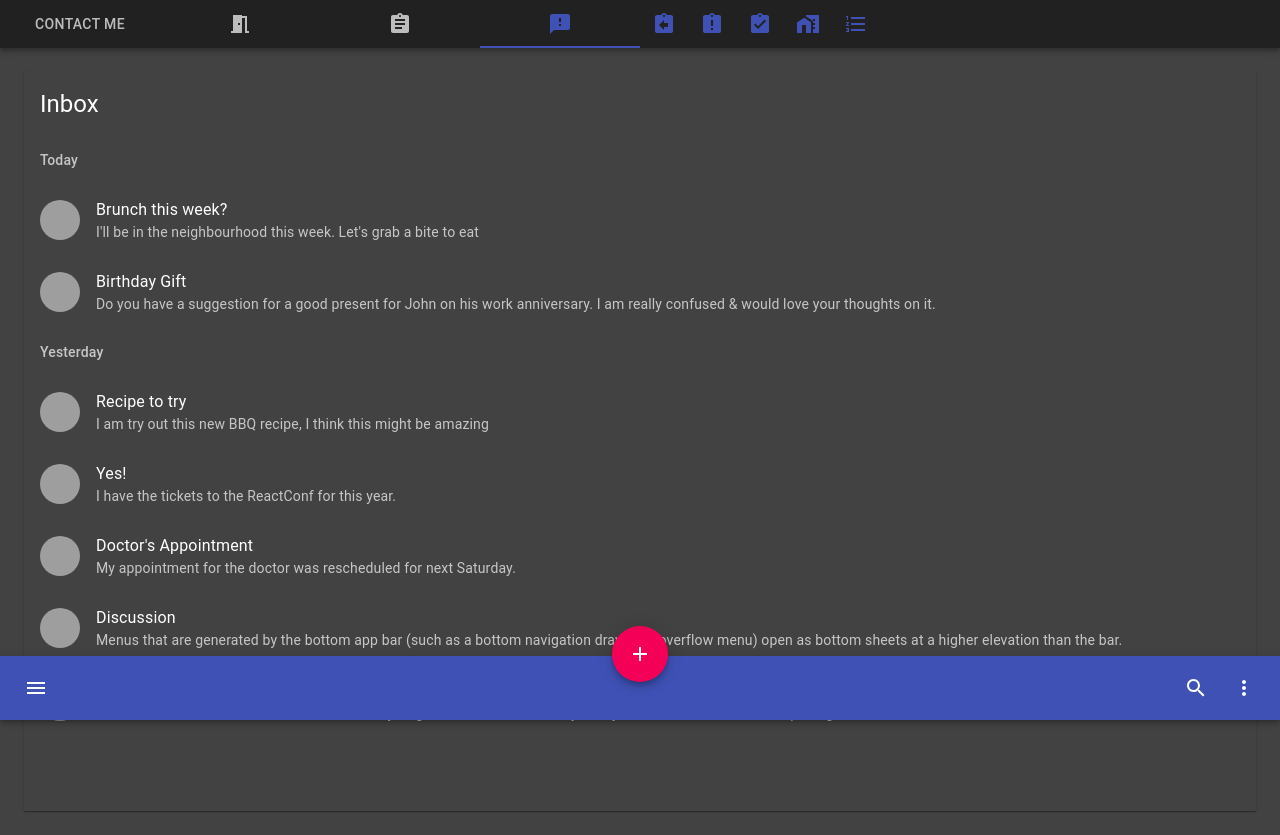
Repository: hossamsulleman1/CONTACTME
Page: / (app in my-app/), after clicking the first element matching `#scrollable-auto-tab-3`
The author's editor kept a copy of each file at every save. The page is drawn from the files as they stood at one save, then again after the next save.
The browser window is 1280 px wide. The pictures show the whole page.
Pictures or frames that could not be fetched are drawn as grey boxes. The project was rebuilt for these pictures with package versions that can differ from the ones it lists, and the page was loaded fresh each time. Also part of the build but not shown: my-app/src/Components/ProfileFolder/FriendsAvatarList.jsx, my-app/src/Components/ProfileFolder/Content.jsx, my-app/src/Components/Preview.jsx.

Above is the page before, as saved 2020-11-09 11:12:34.

### my-app/src/App.js
import "./App.css";
import IconNav from "./Components/IconNav";
import { createMuiTheme, ThemeProvider } from "@material-ui/core/styles";

const theme = createMuiTheme({
  palette: {
    type: "dark",
  },
});

function App() {
  return (
    <ThemeProvider theme={theme}>
      <IconNav></IconNav>
    </ThemeProvider>
  );
}

export default App;

### my-app/src/App.css
.App {
  text-align: center;
}

.floatRight {
  float: right;
}

.flexbox {
 display: flex;
}

.App-logo {
  height: 40vmin;
  pointer-events: none;
}

@media (prefers-reduced-motion: no-preference) {
  .App-logo {
    animation: App-logo-spin infinite 20s linear;
  }
}

.App-header {
  background-color: #282c34;
  min-height: 100vh;
  display: flex;
  flex-direction: column;
  align-items: center;
  justify-content: center;
  font-size: calc(10px + 2vmin);
  color: white;
}

.App-link {
  color: #61dafb;
}

@keyframes App-logo-spin {
  from {
    transform: rotate(0deg);
  }
  to {
    transform: rotate(360deg);
  }
}

### my-app/src/Components/IconNav.jsx
import React from "react";
import PropTypes from "prop-types";
import { makeStyles } from "@material-ui/core/styles";
import AppBar from "@material-ui/core/AppBar";
import Tabs from "@material-ui/core/Tabs";
import Tab from "@material-ui/core/Tab";
import Typography from "@material-ui/core/Typography";
import Box from "@material-ui/core/Box";
import PhoneIcon from "@material-ui/icons/Phone";
import PageProp from "./PageProp";
import Button from "@material-ui/core/Button";
import Content from "./ProfileFolder/Content";
import MeetingRoomIcon from "@material-ui/icons/MeetingRoom";
import HomeWorkIcon from "@material-ui/icons/HomeWork";
import IconButton from "@material-ui/core/IconButton";
import "../App.css";
import Preview from "./Preview";
import FormatListNumberedIcon from "@material-ui/icons/FormatListNumbered";
import AssignmentTurnedInIcon from "@material-ui/icons/AssignmentTurnedIn";
import AssignmentReturnIcon from "@material-ui/icons/AssignmentReturn";
import AssignmentLateIcon from "@material-ui/icons/AssignmentLate";
import AssignmentIcon from "@material-ui/icons/Assignment";
import BottomNav from "./BottomNav";
import SmsFailedIcon from "@material-ui/icons/SmsFailed";

function TabPanel(props) {
  const { children, value, index, ...other } = props;

  return (
    <div
      role="tabpanel"
      hidden={value !== index}
      id={`scrollable-auto-tabpanel-${index}`}
      aria-labelledby={`scrollable-auto-tab-${index}`}
      {...other}
    >
      {value === index && (
        <Box p={3}>
          <Typography>{children}</Typography>
        </Box>
      )}
    </div>
  );
}

TabPanel.propTypes = {
  children: PropTypes.node,
  index: PropTypes.any.isRequired,
  value: PropTypes.any.isRequired,
};

function a11yProps(index) {
  return {
    id: `scrollable-auto-tab-${index}`,
    "aria-controls": `scrollable-auto-tabpanel-${index}`,
  };
}

const useStyles = makeStyles((theme) => ({
  root: {
    flexGrow: 1,
    width: "100%",
    backgroundColor: theme.palette.background.paper,
  },
}));

export default function IconNav() {
  const classes = useStyles();
  const [value, setValue] = React.useState(0);

  const handleChange = (event, newValue) => {
    setValue(newValue);
  };

  return (
    <div className={classes.root}>
      <AppBar position="static" color="default">
        <Tabs
          value={value}
          onChange={handleChange}
          indicatorColor="primary"
          textColor="primary"
          variant="scrollable"
          scrollButtons="auto"
          aria-label="scrollable auto tabs example"
        >
          {/* <div className="floatRight">
            <IconButton
              aria-label="delete"
              href="https://semptiareact.web.app/"
            >
              <HomeWorkIcon></HomeWorkIcon>
            </IconButton>
          </div> */}
          {/* <Tab icon={<PhoneIcon />} label="ME" {...a11yProps(0)} />
          <Tab icon={<PhoneIcon />} label="Linked In" {...a11yProps(1)} /> */}
          {/* <Tab label="Facebook" {...a11yProps(2)} />
          <Tab label="Instagram" {...a11yProps(3)} />
          <Tab label="Snapchat" {...a11yProps(4)} /> */}
          <Tab label="CONTACT ME" {...a11yProps(0)} />
          <Tab icon={<MeetingRoomIcon />} {...a11yProps(1)} />
          <Tab icon={<AssignmentIcon />} {...a11yProps(2)} />
          <Tab icon={<SmsFailedIcon />} {...a11yProps(3)} />

          <div className="flexbox">
            <div className="floatRight">
              <IconButton
                color="primary"
                aria-label="delete"
                href="https://semptiareact.web.app/"
              >
                <AssignmentReturnIcon />
                {/* GOES TO SEMPTIA TASK TRACKING PAGE  */}
              </IconButton>
            </div>
            <div className="floatRight">
              <IconButton
                color="primary"
                aria-label="delete"
                href="https://semptiareact.web.app/"
              >
                <AssignmentLateIcon />
                {/* GOES TO SEMPTIA TASK TRACKING PAGE  */}
              </IconButton>
            </div>
            <div className="floatRight">
              <IconButton
                color="primary"
                aria-label="delete"
                href="https://semptiareact.web.app/"
              >
                <AssignmentTurnedInIcon />
                {/* GOES TO SEMPTIA TASK TRACKING PAGE  */}
              </IconButton>
            </div>
            {/* these buttons can find info on task complete a task ect as a snackbar notif  */}
            <div className="floatRight">
              <IconButton
                color="primary"
                aria-label="delete"
                href="https://semptiareact.web.app/"
              >
                <HomeWorkIcon></HomeWorkIcon>
              </IconButton>
            </div>
            <div className="floatRight">
              <IconButton
                color="primary"
                aria-label="delete"
                href="https://semptiareact.web.app/"
              >
                <FormatListNumberedIcon></FormatListNumberedIcon>
                {/* GOES TO SEMPTIA TASK TRACKING PAGE  */}
              </IconButton>
            </div>
          </div>
        </Tabs>
      </AppBar>
      {/* <TabPanel value={value} index={0}>
        <Preview></Preview>
      </TabPanel>
      <TabPanel value={value} index={1}>
        <PageProp name="Linked In"></PageProp>
      </TabPanel>
      <TabPanel value={value} index={2}>
        <PageProp name="Facebook"></PageProp>
      </TabPanel>
      <TabPanel value={value} index={3}>
        <PageProp name="Instagram"></PageProp>
      </TabPanel> */}



      <TabPanel value={value} index={0}>
        <PageProp name="Instagram"></PageProp>
      </TabPanel>

      <TabPanel value={value} index={1}>
        Item Five
      </TabPanel>
      <TabPanel value={value} index={3}>
        <BottomNav></BottomNav>
        {/* bottom nav buttons for task complete ect then template for history on completes */}
      </TabPanel>
      <TabPanel value={value} index={2}>
        {/* make this just a icon thing and have it have a load screen sucess load and this unlocks door and shows stats about door ect not a tab  */}
        <p>TASKS </p>

        <p>
          current task is

        </p>

<Button>SKIP TASK</Button>
<Button>COMPLETE TASK </Button>
<Button>UNDO TASK</Button>

      </TabPanel>
    </div>
  );
}

### my-app/src/Components/PageProp.jsx
import React from 'react'
import Button from '@material-ui/core/Button';


function PageProp(props) {


    return (
<div>
    <Button>
        ADD {props.name}
    </Button>
</div>
    )
}

export default PageProp;

### my-app/src/Components/BottomNav.jsx
import React from 'react';
import { makeStyles } from '@material-ui/core/styles';
import AppBar from '@material-ui/core/AppBar';
import CssBaseline from '@material-ui/core/CssBaseline';
import Toolbar from '@material-ui/core/Toolbar';
import Typography from '@material-ui/core/Typography';
import IconButton from '@material-ui/core/IconButton';
import Paper from '@material-ui/core/Paper';
import Fab from '@material-ui/core/Fab';
import List from '@material-ui/core/List';
import ListItem from '@material-ui/core/ListItem';
import ListItemAvatar from '@material-ui/core/ListItemAvatar';
import ListItemText from '@material-ui/core/ListItemText';
import ListSubheader from '@material-ui/core/ListSubheader';
import Avatar from '@material-ui/core/Avatar';
import MenuIcon from '@material-ui/icons/Menu';
import AddIcon from '@material-ui/icons/Add';
import SearchIcon from '@material-ui/icons/Search';
import MoreIcon from '@material-ui/icons/MoreVert';

const messages = [
  {
    id: 1,
    primary: 'Brunch this week?',
    secondary: "I'll be in the neighbourhood this week. Let's grab a bite to eat",
    person: '/static/images/avatar/5.jpg',
  },
  {
    id: 2,
    primary: 'Birthday Gift',
    secondary: `Do you have a suggestion for a good present for John on his work
      anniversary. I am really confused & would love your thoughts on it.`,
    person: '/static/images/avatar/1.jpg',
  },
  {
    id: 3,
    primary: 'Recipe to try',
    secondary: 'I am try out this new BBQ recipe, I think this might be amazing',
    person: '/static/images/avatar/2.jpg',
  },
  {
    id: 4,
    primary: 'Yes!',
    secondary: 'I have the tickets to the ReactConf for this year.',
    person: '/static/images/avatar/3.jpg',
  },
  {
    id: 5,
    primary: "Doctor's Appointment",
    secondary: 'My appointment for the doctor was rescheduled for next Saturday.',
    person: '/static/images/avatar/4.jpg',
  },
  {
    id: 6,
    primary: 'Discussion',
    secondary: `Menus that are generated by the bottom app bar (such as a bottom
      navigation drawer or overflow menu) open as bottom sheets at a higher elevation
      than the bar.`,
    person: '/static/images/avatar/5.jpg',
  },
  {
    id: 7,
    primary: 'Summer BBQ',
    secondary: `Who wants to have a cookout this weekend? I just got some furniture
      for my backyard and would love to fire up the grill.`,
    person: '/static/images/avatar/1.jpg',
  },
];

const useStyles = makeStyles((theme) => ({
  text: {
    padding: theme.spacing(2, 2, 0),
  },
  paper: {
    paddingBottom: 50,
  },
  list: {
    marginBottom: theme.spacing(2),
  },
  subheader: {
    backgroundColor: theme.palette.background.paper,
  },
  appBar: {
    top: 'auto',
    bottom: 0,
  },
  grow: {
    flexGrow: 1,
  },
  fabButton: {
    position: 'absolute',
    zIndex: 1,
    top: -30,
    left: 0,
    right: 0,
    margin: '0 auto',
  },
}));

export default function BottomNav() {
  const classes = useStyles();

  return (
    <React.Fragment>
      <CssBaseline />
      <Paper square className={classes.paper}>
        <Typography className={classes.text} variant="h5" gutterBottom>
          Inbox
        </Typography>
        <List className={classes.list}>
          {messages.map(({ id, primary, secondary, person }) => (
            <React.Fragment key={id}>
              {id === 1 && <ListSubheader className={classes.subheader}>Today</ListSubheader>}
              {id === 3 && <ListSubheader className={classes.subheader}>Yesterday</ListSubheader>}
              <ListItem button>
                <ListItemAvatar>
                  <Avatar alt="Profile Picture" src={person} />
                </ListItemAvatar>
                <ListItemText primary={primary} secondary={secondary} />
              </ListItem>
            </React.Fragment>
          ))}
        </List>
      </Paper>
      <AppBar position="fixed" color="primary" className={classes.appBar}>
        <Toolbar>
          <IconButton edge="start" color="inherit" aria-label="open drawer">
            <MenuIcon />
          </IconButton>
          <Fab color="secondary" aria-label="add" className={classes.fabButton}>
            <AddIcon />
          </Fab>
          <div className={classes.grow} />
          <IconButton color="inherit">
            <SearchIcon />
          </IconButton>
          <IconButton edge="end" color="inherit">
            <MoreIcon />
          </IconButton>
        </Toolbar>
      </AppBar>
    </React.Fragment>
  );
}

Loaded but not shown: my-app/public/index.html (common file); my-app/src/index.js (common file); my-app/src/index.css (common file); my-app/src/reportWebVitals.js (common file)

After the next save:
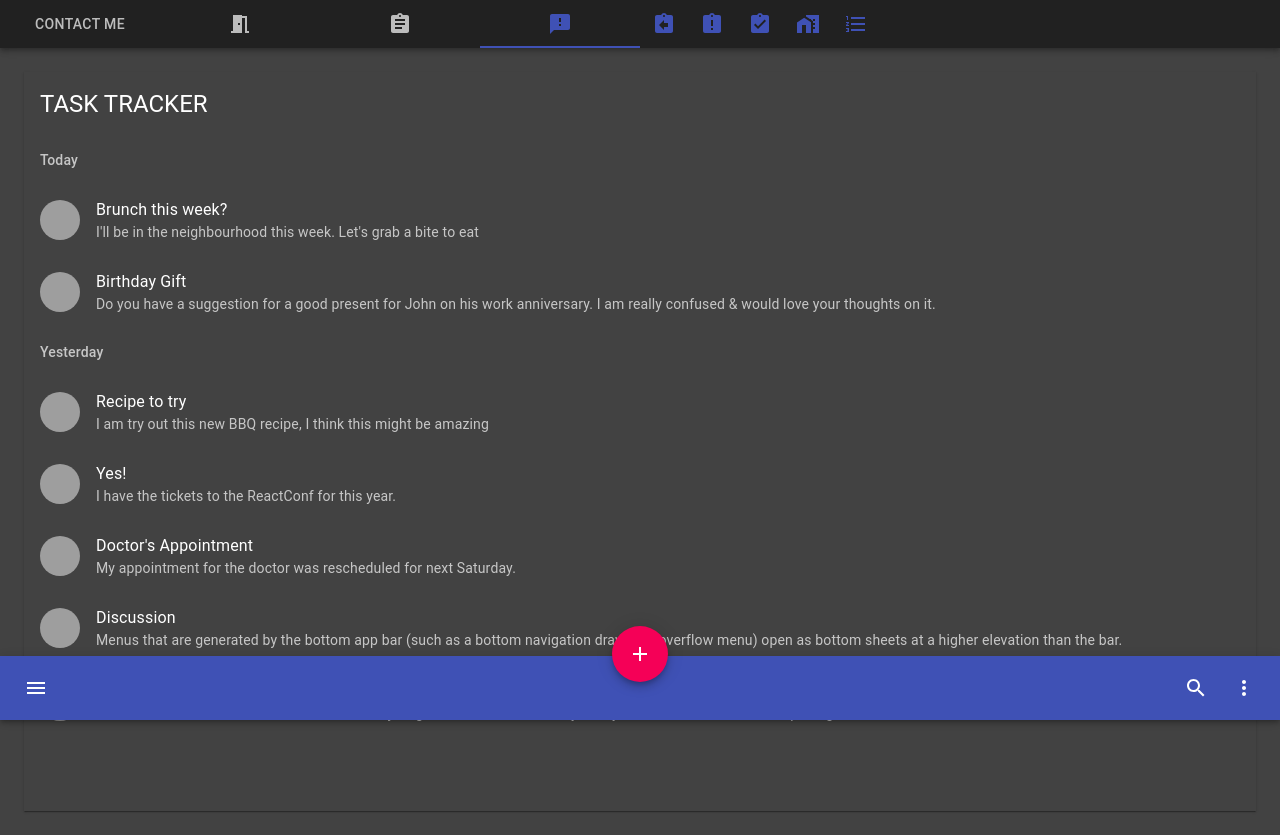
Saved 28 s later.
--- a/my-app/src/Components/BottomNav.jsx
+++ b/my-app/src/Components/BottomNav.jsx
@@ -105,7 +105,7 @@ export default function BottomNav() {
       <CssBaseline />
       <Paper square className={classes.paper}>
         <Typography className={classes.text} variant="h5" gutterBottom>
-          Inbox
+          TASK TRACKER
         </Typography>
         <List className={classes.list}>
           {messages.map(({ id, primary, secondary, person }) => (
